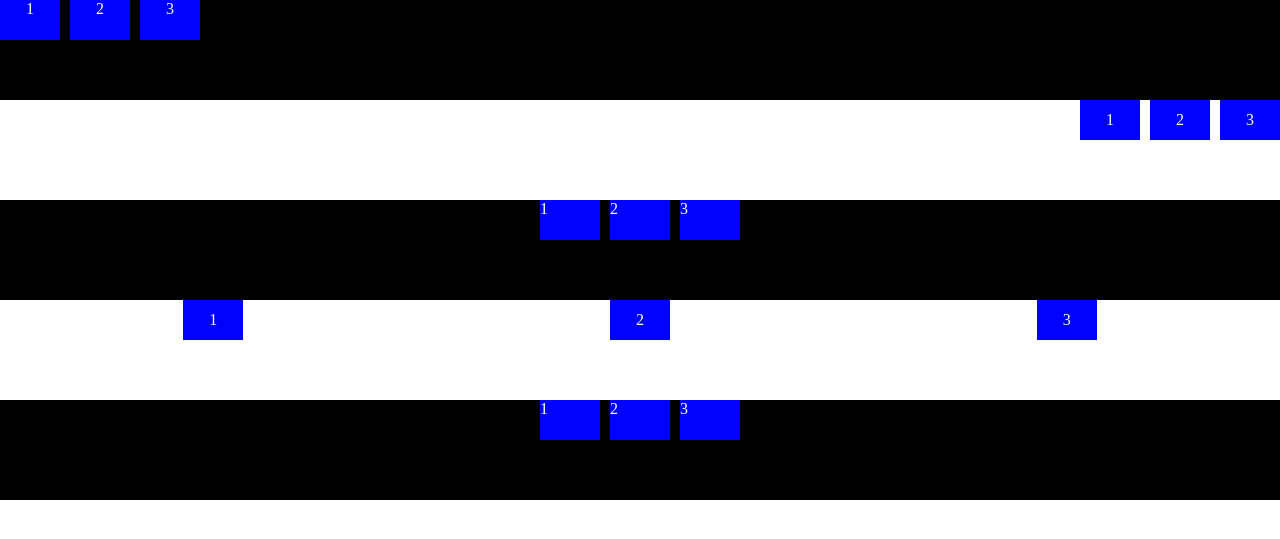
Repository: Elesion08/flexbox
Page: index.html
These files come from the project's save history. The page is drawn as it stood at one moment and after a run of saves; the edit follows.
The browser window is 1280 px wide. The pictures show the whole page.

Above is the page before, as saved 2025-04-14 11:45:07.

After the next 2 saves:
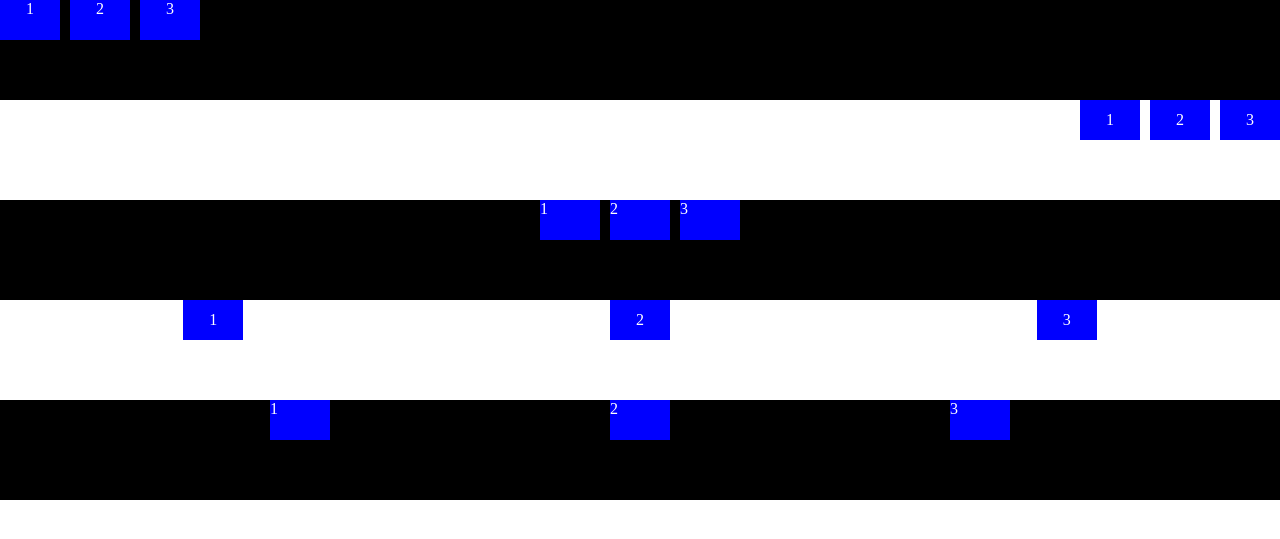
The 2 saves are shown as one change because they came seconds apart.
The last was saved 36 s later.
--- a/style.css
+++ b/style.css
@@ -91,7 +91,7 @@
     /*Deixar os itens flexiveis em suas posições*/
     display: flex;
     /*Centraliza os elementos filhos*/
-    justify-content: center;
+    justify-content: space-evenly;
     /*cor de fundo da div*/
     background-color: black;
     /*Distância entre os elementos filhos*/
